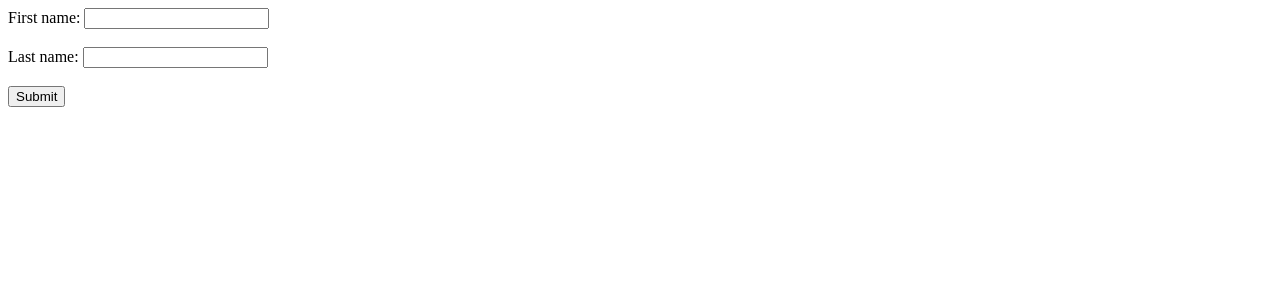
Repository: minnukanch/Spring-learners-code
Page: jspdemo/WebContent/student-dropdown-form.html
The author's editor kept a copy of each file at every save. The page is drawn from the files as they stood at one save, then again after the next save.
The browser window is 1280 px wide. The pictures show the whole page.

Above is the page before, as saved 2019-09-25 22:29:45.

After the next save:
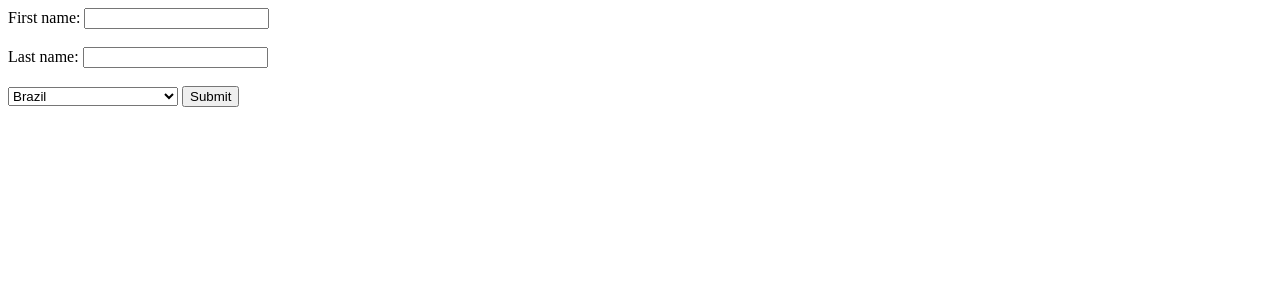
Saved 2 min 14 s later.
--- a/jspdemo/WebContent/student-dropdown-form.html
+++ b/jspdemo/WebContent/student-dropdown-form.html
@@ -14,6 +14,19 @@
 
 	<br/></br>
 
+
+
+	<select name = "country">
+		<option>Brazil</option>
+		<option>France</option>
+		<option>Germany</option>
+		<option>India</option>
+		<option>Turkey</option>
+		<option>United Kingdom</option>
+		<option>United States of America</option>
+
+	</select>
+
 	<input type = "submit" value = "Submit" />
 
 </form>
